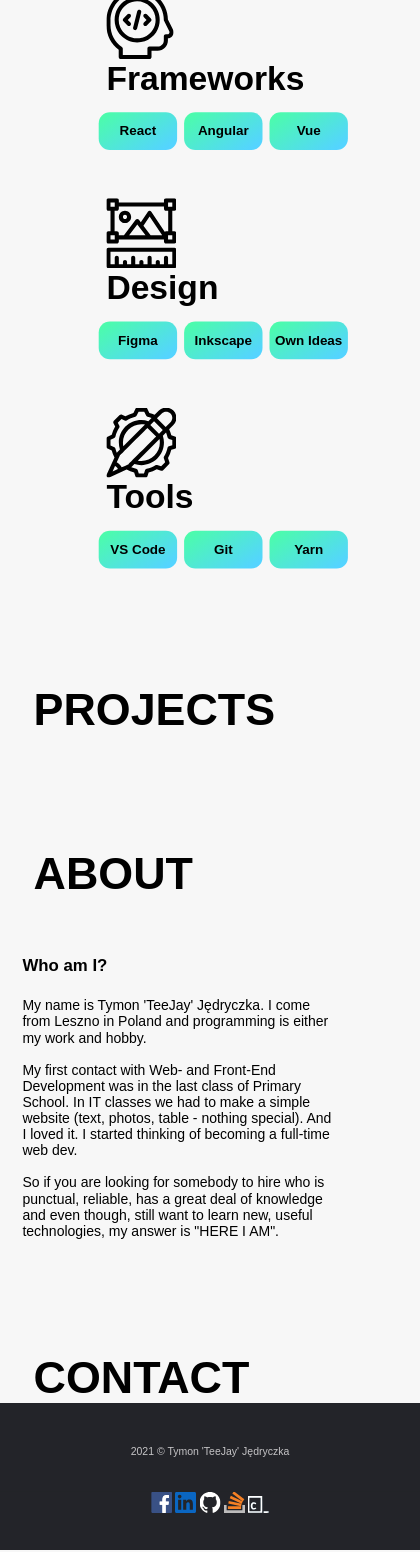
Repository: TeeJaysDev/Portfolio
Page: index.html
The author's editor kept a copy of each file at every save. The page is drawn from the files as they stood at one save, then again after a run of saves.
The browser window is 600 px wide. The pictures show the part of the page from y = 1415 to 3655 px (the page is 3632 px tall before and 3655 px after), at 70% of full size.

Above is the page before, as saved 2021-04-26 16:41:43.

After the next 2 saves:
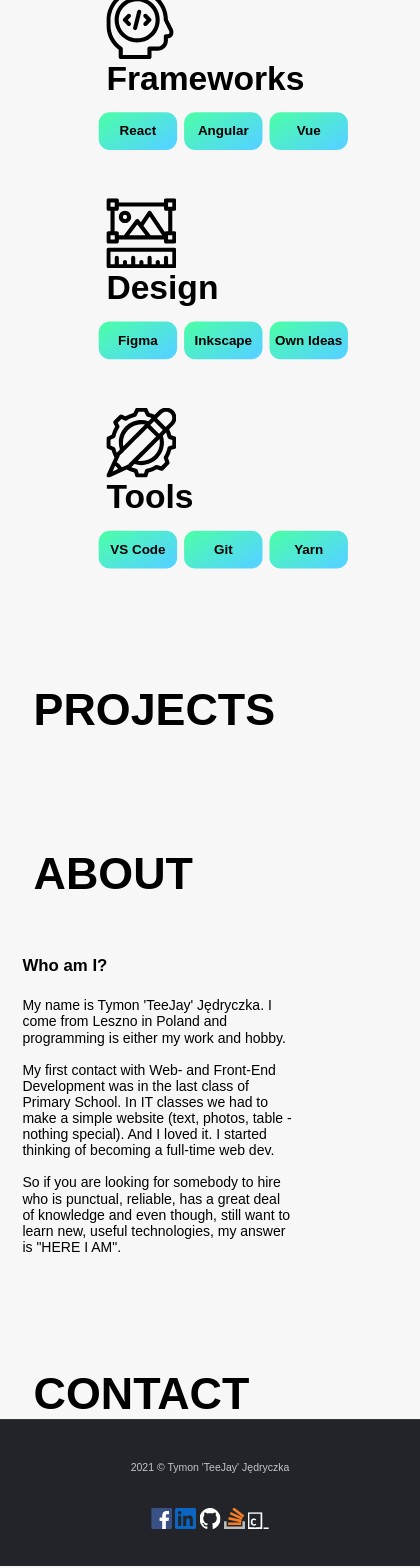
The 2 saves are shown as one change because they came seconds apart.
The last was saved 24 s later.
--- a/style.css
+++ b/style.css
@@ -220,7 +220,7 @@ and (max-width: 767px) {
 
     #about p {
         font-size: 1.25rem;
-        max-width: 40ch;
+        max-width: 35ch;
         margin-left: 2rem;
         margin-bottom: 5rem;
     }
